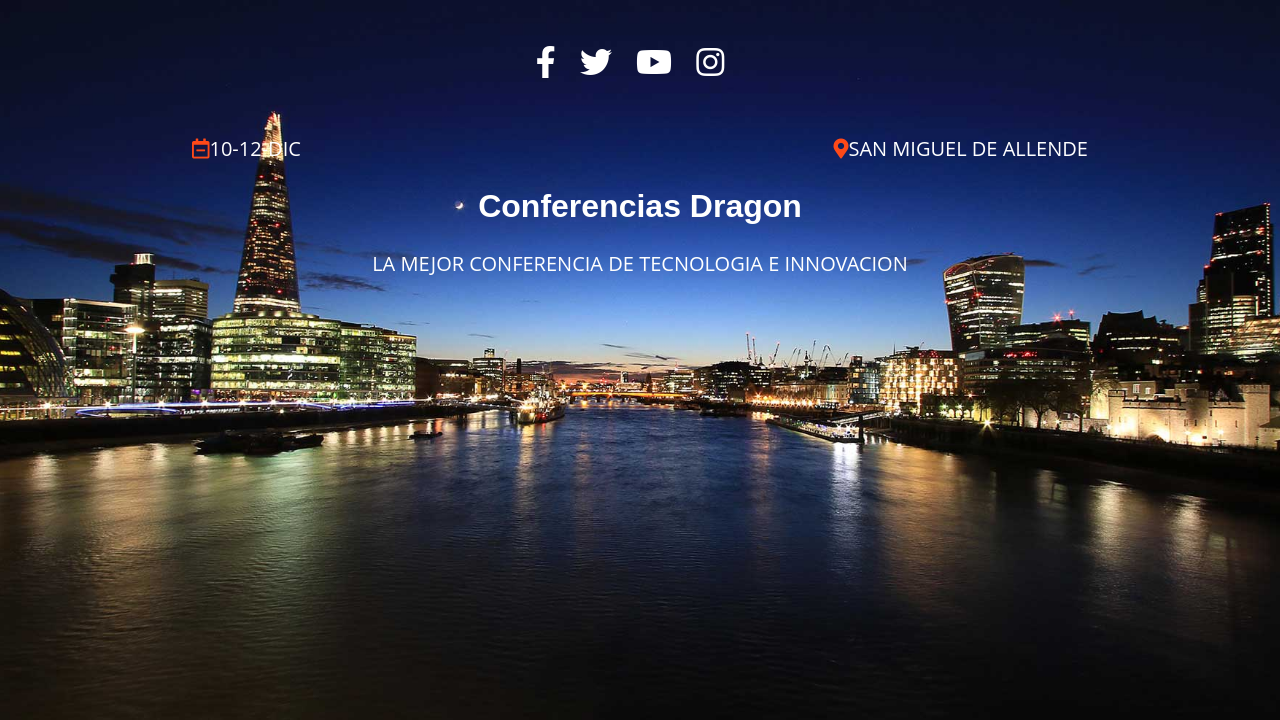
Repository: edgarhdzp/pagina-conferencias-reservaciones
Page: index.html
The author's editor kept a copy of each file at every save. The page is drawn from the files as they stood at one save, then again after the next save.
The browser window is 1280 px wide. The pictures show the whole page.

Above is the page before, as saved 2020-06-16 21:29:43.

### index.html
<!doctype html>
<html class="no-js" lang="">

<head>
    <meta charset="utf-8">
    <title>CONFERENCIAS</title>
    <meta name="description" content="">
    <meta name="viewport" content="width=device-width, initial-scale=1">

    <meta property="og:title" content="">
    <meta property="og:type" content="">
    <meta property="og:url" content="">
    <meta property="og:image" content="">

    <link rel="manifest" href="site.webmanifest">
    <link rel="apple-touch-icon" href="icon.png">
    <!-- Place favicon.ico in the root directory -->

    <link rel="stylesheet" href="css/normalize.css">
    <link rel="stylesheet" href="css/fontawesome.min.css">
    <link rel="stylesheet" href="css/all.min.css">
    <link rel="stylesheet" href="css/main.css">
    <link href="https://fonts.googleapis.com/css2?family=Oswald:wght@200&display=swap" rel="stylesheet">

    <meta name="theme-color" content="#fafafa">
</head>

<body>


    <header class="site-header">
        <div class="hero">
            <div class="contenido-header">
                <nav class="redes-sociales">
                    <a href="·"><i class="fab fa-facebook-f"></i></a>
                    <a href="·"><i class="fab fa-twitter"></i></a>
                    <a href="·"><i class="fab fa-youtube"></i></a>
                    <a href="·"><i class="fab fa-instagram"></i></a>
                </nav>
                <div class="informacion-evento">
                    <div class="clearfix">
                        <p class="fecha"><i class="far fa-calendar-minus"></i>10-12-Dic</p>
                        <p class="ciudad"><i class="fas fa-map-marker-alt"></i>San Miguel de Allende</p>
                    </div>
                    <h1 class="nombre-sitio">Conferencias Dragon</h1>
                    <p class="slogan">La mejor conferencia de <span>Tecnologia e Innovacion</span></p>
                </div>
            </div>
        </div>
    </header>

    <script src="js/vendor/modernizr-3.11.2.min.js"></script>
    <script src="js/plugins.js"></script>
    <script src="js/main.js"></script>

    <!-- Google Analytics: change UA-XXXXX-Y to be your site's ID. -->
    <script>
        window.ga = function() {
            ga.q.push(arguments)
        };
        ga.q = [];
        ga.l = +new Date;
        ga('create', 'UA-XXXXX-Y', 'auto');
        ga('set', 'anonymizeIp', true);
        ga('set', 'transport', 'beacon');
        ga('send', 'pageview')
    </script>
    <script src="https://www.google-analytics.com/analytics.js" async></script>
</body>

</html>

### css/main.css
/*! HTML5 Boilerplate v8.0.0 | MIT License | https://html5boilerplate.com/ */


/* main.css 2.1.0 | MIT License | https://github.com/h5bp/main.css#readme */


/*
 * What follows is the result of much research on cross-browser styling.
 * Credit left inline and big thanks to Nicolas Gallagher, Jonathan Neal,
 * Kroc Camen, and the H5BP dev community and team.
 */


/* ==========================================================================
   Base styles: opinionated defaults
   ========================================================================== */

html {
    color: #222;
    font-size: 1em;
    line-height: 1.4;
}


/*
 * Remove text-shadow in selection highlight:
 * https://twitter.com/miketaylr/status/12228805301
 *
 * Vendor-prefixed and regular ::selection selectors cannot be combined:
 * https://stackoverflow.com/a/16982510/7133471
 *
 * Customize the background color to match your design.
 */

 ::-moz-selection {
    background: #b3d4fc;
    text-shadow: none;
}

 ::selection {
    background: #b3d4fc;
    text-shadow: none;
}


/*
 * A better looking default horizontal rule
 */

hr {
    display: block;
    height: 1px;
    border: 0;
    border-top: 1px solid #ccc;
    margin: 1em 0;
    padding: 0;
}


/*
 * Remove the gap between audio, canvas, iframes,
 * images, videos and the bottom of their containers:
 * https://github.com/h5bp/html5-boilerplate/issues/440
 */

audio,
canvas,
iframe,
img,
svg,
video {
    vertical-align: middle;
}


/*
 * Remove default fieldset styles.
 */

fieldset {
    border: 0;
    margin: 0;
    padding: 0;
}


/*
 * Allow only vertical resizing of textareas.
 */

textarea {
    resize: vertical;
}


/* ==========================================================================
   Author's custom styles
   ========================================================================== */

html {
    box-sizing: border-box;
}

*,
*:before,
*:after {
    box-sizing: inherit;
}

body {
    background-color: #f2f2f2;
    font-family: 'Open Sans', sans-serif;
}

h2 {
    font-family: 'Oswald', sans-serif;
}


/*header*/

div.hero {
    background-image: url(../img/encabezado.jpg);
    height: 100vh;
    background-position: top center;
    background-size: cover;
}

div.contenido-header {
    padding-top: 40px;
}

@media only screen and(min-width:768px) {
    div.contenido-header {
        padding-top: 10px;
    }
}

nav.redes-sociales {
    text-align: center;
}

nav.redes-sociales a {
    color: #ffffff;
    font-size: 2em;
    margin-right: 20px;
}

nav.redes-sociales a :last-child {
    margin-right: 0;
}

div.informacion-evento {
    text-align: center;
    color: #fff;
}

@media only screen and (min-width:768px) {
    div.informacion-evento {
        width: 70%;
        margin: 0 auto;
        margin-top: 50px;
    }
}

div.informacion-evento p {
    margin: 0;
    display: inline;
    font-size: 20px;
    text-transform: uppercase;
}

div.informacion-evento p i {
    color: #fe4918;
}

p.fecha {
    float: left;
}

p.ciudad {
    float: right;
}

h1.nombre-sitio {
    font-family: 'PT Sans', sans-serif;
    font-transform: ;
}


/* ==========================================================================
   Helper classes
   ========================================================================== */


/*
 * Hide visually and from screen readers
 */

.hidden,
[hidden] {
    display: none !important;
}


/*
 * Hide only visually, but have it available for screen readers:
 * https://snook.ca/archives/html_and_css/hiding-content-for-accessibility
 *
 * 1. For long content, line feeds are not interpreted as spaces and small width
 *    causes content to wrap 1 word per line:
 *    https://medium.com/@jessebeach/beware-smushed-off-screen-accessible-text-5952a4c2cbfe
 */

.sr-only {
    border: 0;
    clip: rect(0, 0, 0, 0);
    height: 1px;
    margin: -1px;
    overflow: hidden;
    padding: 0;
    position: absolute;
    white-space: nowrap;
    width: 1px;
    /* 1 */
}


/*
 * Extends the .sr-only class to allow the element
 * to be focusable when navigated to via the keyboard:
 * https://www.drupal.org/node/897638
 */

.sr-only.focusable:active,
.sr-only.focusable:focus {
    clip: auto;
    height: auto;
    margin: 0;
    overflow: visible;
    position: static;
    white-space: inherit;
    width: auto;
}


/*
 * Hide visually and from screen readers, but maintain layout
 */

.invisible {
    visibility: hidden;
}


/*
 * Clearfix: contain floats
 *
 * For modern browsers
 * 1. The space content is one way to avoid an Opera bug when the
 *    `contenteditable` attribute is included anywhere else in the document.
 *    Otherwise it causes space to appear at the top and bottom of elements
 *    that receive the `clearfix` class.
 * 2. The use of `table` rather than `block` is only necessary if using
 *    `:before` to contain the top-margins of child elements.
 */

.clearfix::before,
.clearfix::after {
    content: " ";
    display: table;
}

.clearfix::after {
    clear: both;
}


/* ==========================================================================
   EXAMPLE Media Queries for Responsive Design.
   These examples override the primary ('mobile first') styles.
   Modify as content requires.
   ========================================================================== */

@media only screen and (min-width: 35em) {
    /* Style adjustments for viewports that meet the condition */
}

@media print,
(-webkit-min-device-pixel-ratio: 1.25),
(min-resolution: 1.25dppx),
(min-resolution: 120dpi) {
    /* Style adjustments for high resolution devices */
}


/* ==========================================================================
   Print styles.
   Inlined to avoid the additional HTTP request:
   https://www.phpied.com/delay-loading-your-print-css/
   ========================================================================== */

@media print {
    *,
    *::before,
    *::after {
        background: #fff !important;
        color: #000 !important;
        /* Black prints faster */
        box-shadow: none !important;
        text-shadow: none !important;
    }
    a,
    a:visited {
        text-decoration: underline;
    }
    a[href]::after {
        content: " (" attr(href) ")";
    }
    abbr[title]::after {
        content: " (" attr(title) ")";
    }
    /*
   * Don't show links that are fragment identifiers,
   * or use the `javascript:` pseudo protocol
   */
    a[href^="#"]::after,
    a[href^="javascript:"]::after {
        content: "";
    }
    pre {
        white-space: pre-wrap !important;
    }
    pre,
    blockquote {
        border: 1px solid #999;
        page-break-inside: avoid;
    }
    /*
   * Printing Tables:
   * https://web.archive.org/web/20180815150934/http://css-discuss.incutio.com/wiki/Printing_Tables
   */
    thead {
        display: table-header-group;
    }
    tr,
    img {
        page-break-inside: avoid;
    }
    p,
    h2,
    h3 {
        orphans: 3;
        widows: 3;
    }
    h2,
    h3 {
        page-break-after: avoid;
    }
}

### js/plugins.js
// Avoid `console` errors in browsers that lack a console.
(function() {
  var method;
  var noop = function () {};
  var methods = [
    'assert', 'clear', 'count', 'debug', 'dir', 'dirxml', 'error',
    'exception', 'group', 'groupCollapsed', 'groupEnd', 'info', 'log',
    'markTimeline', 'profile', 'profileEnd', 'table', 'time', 'timeEnd',
    'timeline', 'timelineEnd', 'timeStamp', 'trace', 'warn'
  ];
  var length = methods.length;
  var console = (window.console = window.console || {});

  while (length--) {
    method = methods[length];

    // Only stub undefined methods.
    if (!console[method]) {
      console[method] = noop;
    }
  }
}());

// Place any jQuery/helper plugins in here.

Loaded but not shown: css/normalize.css (library); css/fontawesome.min.css (library); css/all.min.css (library); js/vendor/modernizr-3.11.2.min.js (library); js/main.js (no stored copy; drawn as an empty file)

After the next save:
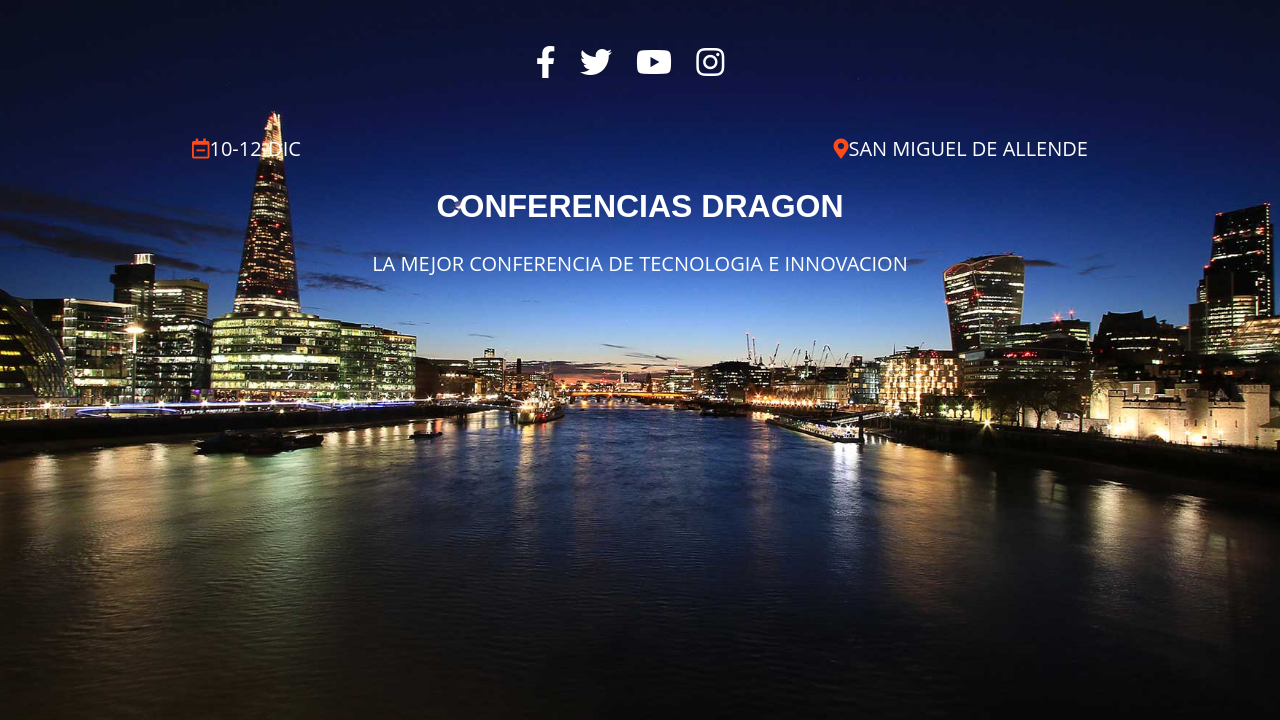
Saved 25 s later.
--- a/css/main.css
+++ b/css/main.css
@@ -184,7 +184,7 @@
 
 h1.nombre-sitio {
     font-family: 'PT Sans', sans-serif;
-    font-transform: ;
+    text-transform: uppercase;
 }
 
 
